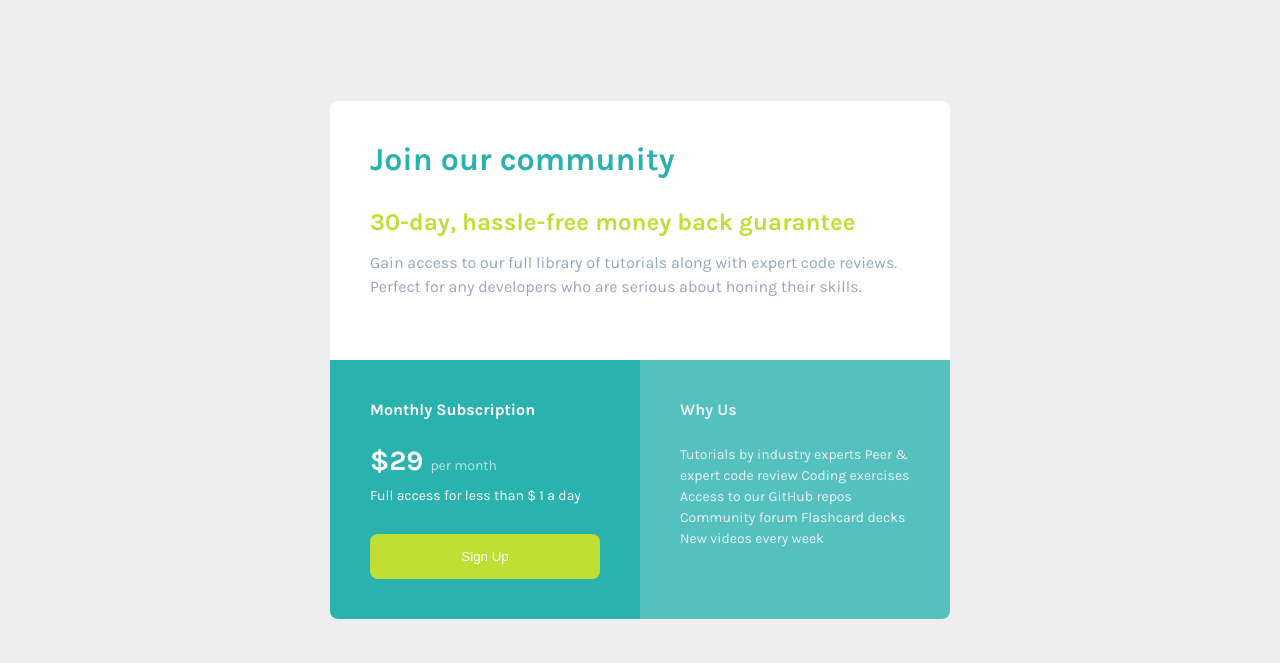
Repository: Akashiii1/WebSingleGrid_Day3
Page: index.html
These files come from the project's save history. The page is drawn as it stood at one moment and after the next save; the edit follows.
The browser window is 1280 px wide. The pictures show the whole page.

Above is the page before, as saved 2021-12-22 02:06:51.

### index.html
<!DOCTYPE html>
<html lang="en">
  <head>
    <meta charset="UTF-8" />
    <meta name="viewport" content="width=device-width, initial-scale=1.0" />
    <!-- displays site properly based on user's device -->

    <link
      rel="icon"
      type="image/png"
      sizes="32x32"
      href="./images/favicon-32x32.png"
    />

    <title>Frontend Mentor | Single Price Grid Component</title>

    <!-- Feel free to remove these styles or customise in your own stylesheet 👍 -->
    <link rel="stylesheet" href="style.css" />
    <style>
      .attribution {
        font-size: 11px;
        text-align: center;
      }
      .attribution a {
        color: hsl(228, 45%, 44%);
      }
    </style>
  </head>
  <body>
    <!-- Join our community

  30-day, hassle-free money back guarantee

  Gain access to our full library of tutorials along with expert code reviews.
  Perfect for any developers who are serious about honing their skills.

  Monthly Subscription

  &dollar;29 per month

  Full access for less than &dollar;1 a day

  Sign Up

  Why Us

  Tutorials by industry experts
  Peer &amp; expert code review
  Coding exercises
  Access to our GitHub repos
  Community forum
  Flashcard decks
  New videos every week -->
    <div class="wrapper">
      <div class="container">
        <div class="box item1">
          <h1>Join our community</h1>
          <h3>30-day, hassle-free money back guarantee</h3>
          <p>
            Gain access to our full library of tutorials along with expert code
            reviews. Perfect for any developers who are serious about honing
            their skills.
          </p>
        </div>
        <div class="box item2">
          <h4>Monthly Subscription</h4>
          <span>&dollar;29 <span class="light">per month</span> </span>
          <p>Full access for less than &dollar; 1 a day</p>
          <button class="btn">Sign Up</button>
        </div>
        <div class="box item3">
          <h4>Why Us</h4>
          <p>
            Tutorials by industry experts Peer &amp; expert code review Coding
            exercises Access to our GitHub repos Community forum Flashcard decks
            New videos every week
          </p>
        </div>
      </div>
    </div>
    <!-- <footer>
    <p class="attribution">
      Challenge by <a href="https://www.frontendmentor.io?ref=challenge" target="_blank">Frontend Mentor</a>.
      Coded by <a href="#">Your Name Here</a>.
    </p>
  </footer> -->
  </body>
</html>

### style.css

@import url('https://fonts.googleapis.com/css2?family=Karla:wght@400;700&display=swap');
:root{
  --Cyan: hsl(179, 62%, 43%);
 --BrightYellow: hsl(71, 73%, 54%);
 --LightGray: hsl(204, 43%, 93%);
 --GrayishBlue: hsl(218, 22%, 67%);
}
html {
box-sizing: border-box;
}
*{
margin: 0;
padding: 0;
}
*,*:before,*:after {
box-sizing: border-box;
}
input,
textarea,
select,
button{
outline: none;
}
input{
line-height: normal;
}
label,
button{
cursor: pointer;
}
a {
text-decoration: none;
}
img {
display: block;
max-width: 100%;
}
body{
  font-family: 'Karla', sans-serif;
  display: flex;
  justify-content: center;
  align-items: center;
  min-height: 100vh;
  background-color: #eee;
}
.wrapper{
  max-width: 620px;
  background-color: #fff;
  border-radius: 8px;
  overflow: hidden;

}
.container{
  display: grid;
  grid-template-columns:1fr 1fr;
  grid-template-rows: 1fr 1fr;
  grid-template-areas:"it1 it1"
                      "it2 it3";
}
.item1{
  grid-area: it1;
}
.item2{
  grid-area: it2;

}
.item3{
  grid-area: it3;
}
.box{
  padding: 40px;
}
.item1 h1{
  font-size: 32px;
  color:var(--Cyan) ;
  margin-bottom: 30px;
}
.item1 h3{
  color: var(--BrightYellow);
  font-size: 24px;
  margin-bottom: 15px;
}
.item1 p{
  color: var(--GrayishBlue);
  font-weight: 400;
  line-height: 1.5;

}
.item2 {
  background-color: var(--Cyan);
  color: #fff;
}
.item2 h4{
  margin-bottom: 25px;
}
.item2 span{
  font-size: 28px;
  font-weight: 600;

}
.item2 span .light{
  font-size: 14px;
  color: var(--LightGray);
  font-weight: 100;
  opacity: .8;
}
.item2 p{

  font-size: 14px;
  margin: 10px 0 30px;
}
.item3{
  background-color: var(--Cyan);
  opacity: .8;
  color: var(--LightGray);
}
.item3 h4{
  margin-bottom: 25px;
}
.item3 p{
  font-size: 14px;
  color: var(--LightGray);
  line-height: 1.5;
  margin-top: auto;
  display: block;
}
.btn{
  width: 100%;
  /* height: 40px; */
  background-color: var(--BrightYellow);
  border: 0;
  outline: none;
  color: #fff;
  border-radius: 8px;
  padding: 15px 20px;
  display: block;
  margin-top: auto;
}
@media (max-width:768px){
  .container{
    display: grid;
    grid-template-columns:1fr ;
    grid-template-rows: 1fr 1fr 1fr;
    grid-template-areas:"it1 "
                        "it2"
                        "it3";
  }
  .wrapper{
    max-width: 420px;
  }
  .box{
    padding: 20px;
  }
}

After the next save:
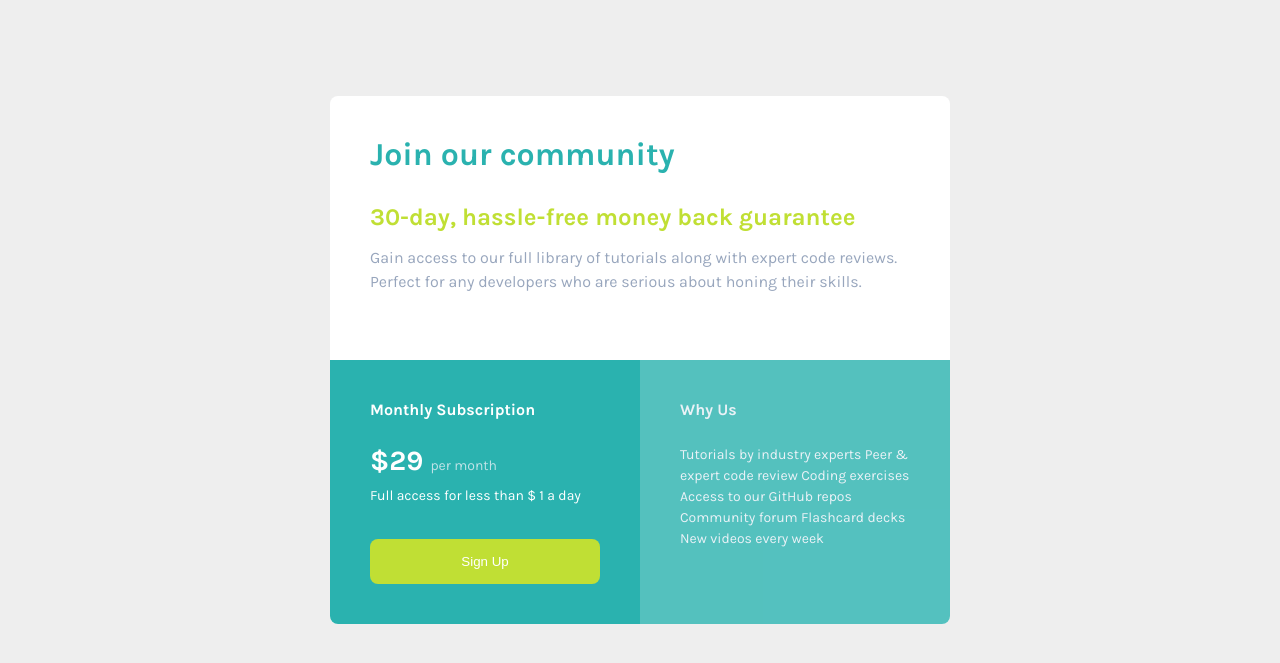
Saved 17 s later.
--- a/style.css
+++ b/style.css
@@ -108,7 +108,7 @@ body{
 .item2 p{
 
   font-size: 14px;
-  margin: 10px 0 30px;
+  margin: 10px 0 35px;
 }
 .item3{
   background-color: var(--Cyan);
